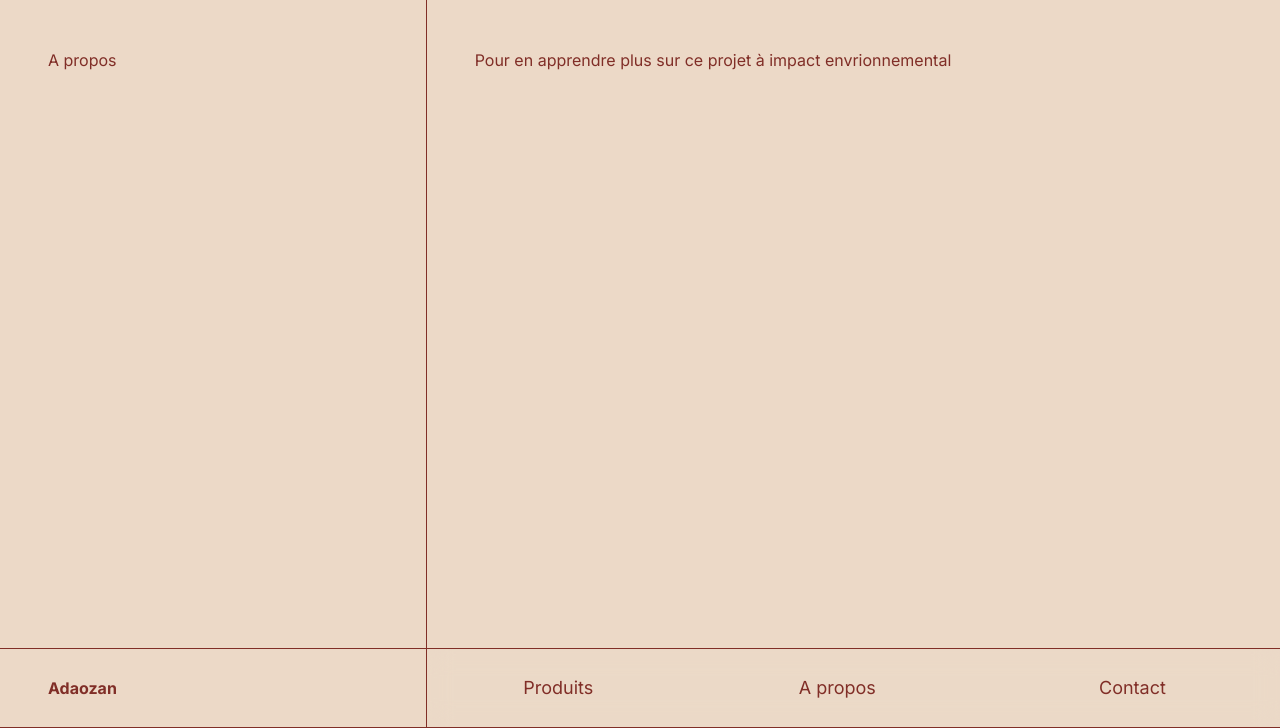
Repository: Neewd/adaozan
Page: /a-propos
The author's editor kept a copy of each file at every save. The page is drawn from the files as they stood at one save, then again after the next save.
The browser window is 1280 px wide. The pictures show the whole page.
The project was rebuilt for these pictures with package versions that can differ from the ones it lists, and the page was loaded fresh each time. The framework's server and built-in components were replaced by stand-ins that run in the browser. Also part of the build but not shown: next.config.js.

Above is the page before, as saved 2023-08-26 11:50:34.

### app/a-propos/page.tsx
import { Menu } from "../components/Menu";

export default function About() {
	return (
		<>
			<div className="flex top-0 sticky w-full z-1 h-[90vh] bg-cream-100 text-brown-100">
				<div className="basis-4/12 p-12 border-r border-brown-100">
					<h1 className="">A propos</h1>
				</div>
				<div className="basis-8/12 relative">
					<div className="flex h-full w-full">
						<span className="p-12 w-full">
							Pour en apprendre plus sur ce projet à impact
							envrionnemental
						</span>
					</div>
				</div>
			</div>
			<Menu />
		</>
	);
}

### app/components/Menu.tsx
import Link from "next/link";

export function Menu() {
	return (
		<>
			<div className="flex h-20 border-y border-brown-100 z-20 sticky top-[-2px] bg-cream-100">
				<div className="basis-4/12 border-r px-6 flex items-center bg-cream-100 text-brown-100">
					<Link href="/" className="px-6 font-bold">
						Adaozan
					</Link>
				</div>
				<div className="basis-8/12 flex justify-around items-center h-full bg-cream-100/40 backdrop-blur-md">
					<div className="text-brown-100 group text-lg flex-1 flex items-center justify-center cursor-pointer">
						<Link href="produits" className="group-hover:font-bold">
							Produits
						</Link>
					</div>
					<div className="text-brown-100 text-lg group flex-1 px-4  flex items-center justify-center cursor-pointer">
						<Link href="a-propos" className="group-hover:font-bold">
							A propos
						</Link>
					</div>
					<div className="text-brown-100 text-lg group flex-1 flex px-4 items-center justify-center cursor-pointer">
						<Link href="contact" className="group-hover:font-bold">
							Contact
						</Link>
					</div>
				</div>
			</div>
		</>
	);
}

Loaded but not shown: app/layout.tsx (common file); app/globals.css (common file); tailwind.config.js (common file)

After the next save:
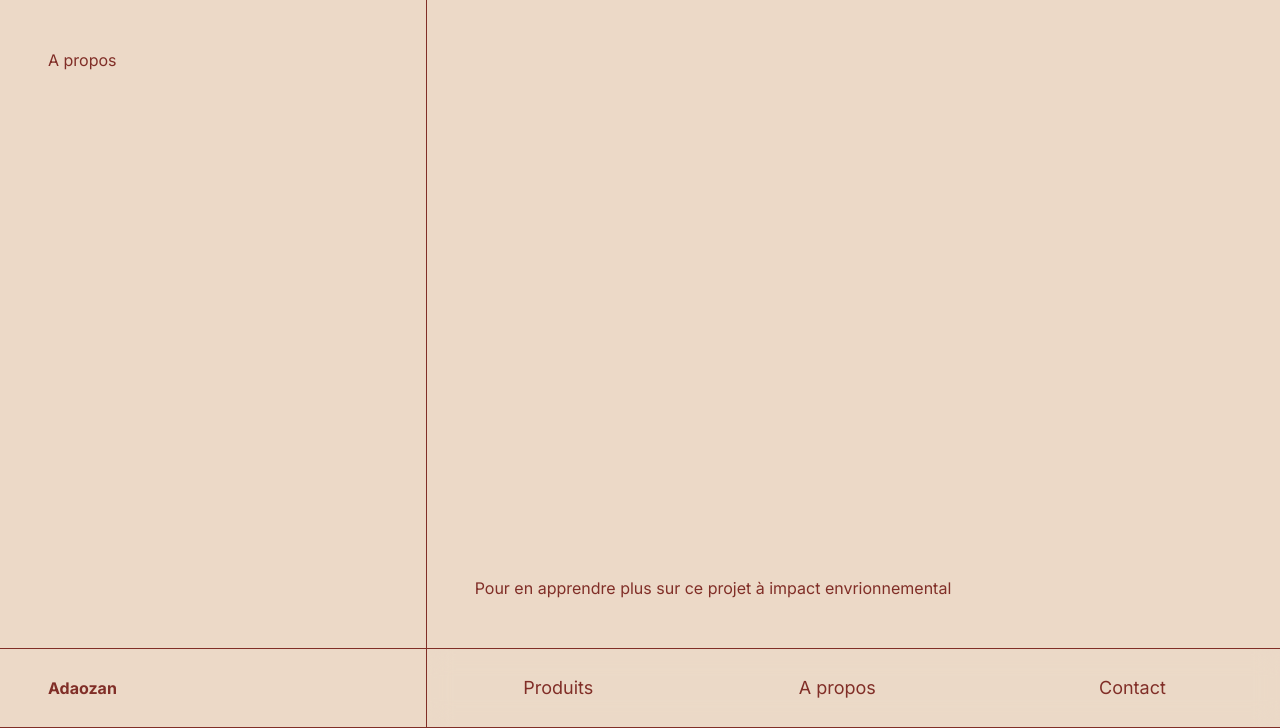
Saved 17 s later.
--- a/app/a-propos/page.tsx
+++ b/app/a-propos/page.tsx
@@ -9,7 +9,7 @@ export default function About() {
 				</div>
 				<div className="basis-8/12 relative">
 					<div className="flex h-full w-full">
-						<span className="p-12 w-full">
+						<span className="p-12 self-end">
 							Pour en apprendre plus sur ce projet à impact
 							envrionnemental
 						</span>
